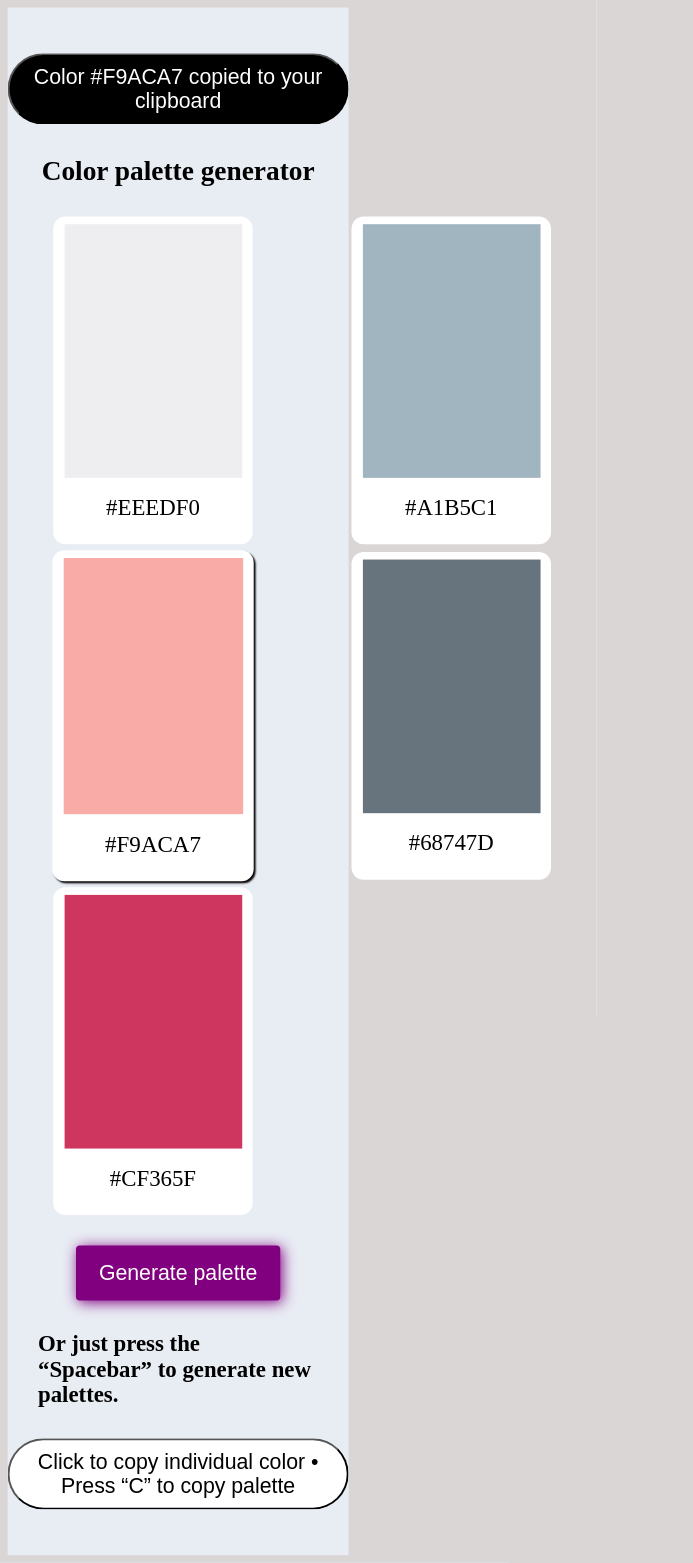
Repository: Hcmwebs/Color-Palette-Generator
Page: index.html
These files come from the project's save history. The page is drawn as it stood at one moment and after the next save; the edit follows.
The browser window is 375 px wide. The page is 628 px wide, then 729 px, so the pictures cover 729 px, including what lies to the right of the window. The pictures show the whole page, at 95% of full size.

Above is the page before, as saved 2020-07-07 11:27:14.

After the next save:
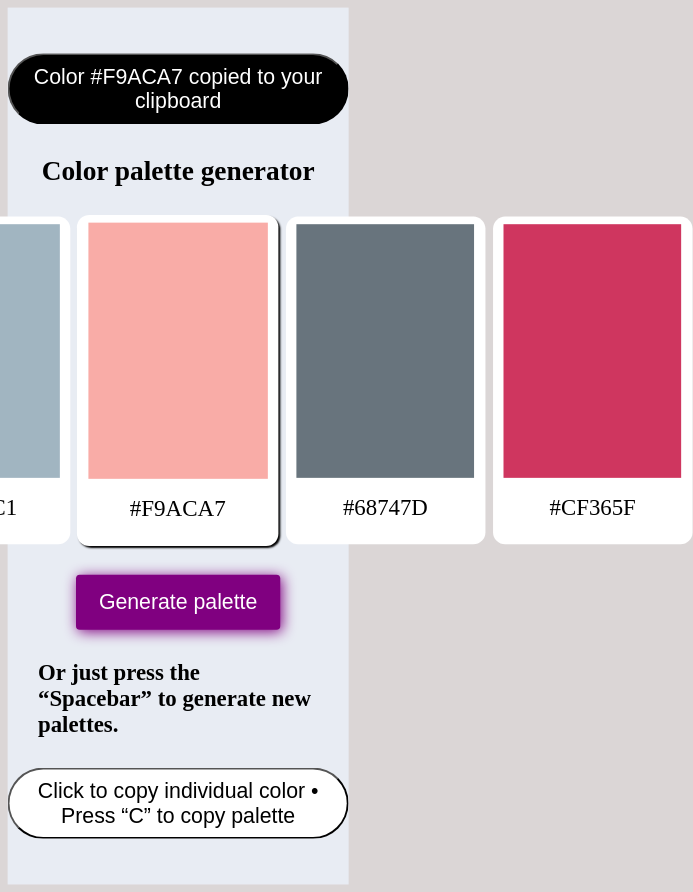
Saved 4 min 34 s later.
--- a/styles.css
+++ b/styles.css
@@ -125,25 +125,3 @@ h3{
     background-color: #fff;
     color:#000;
 }
-
-
-@media (max-width:600px){
-    .container{
-        width: 100%;
-        height: auto;
-        margin: auto;
-
-    }
-    .card{
-        grid-template-columns: 1fr;
-        justify-items: center;
-    }
-
-}
-@media(max-width:900px){
-    .card{
-        min-width: 620px;
-        grid-template-columns: repeat(2, 1fr);
-        margin: auto;
-    }
-}
